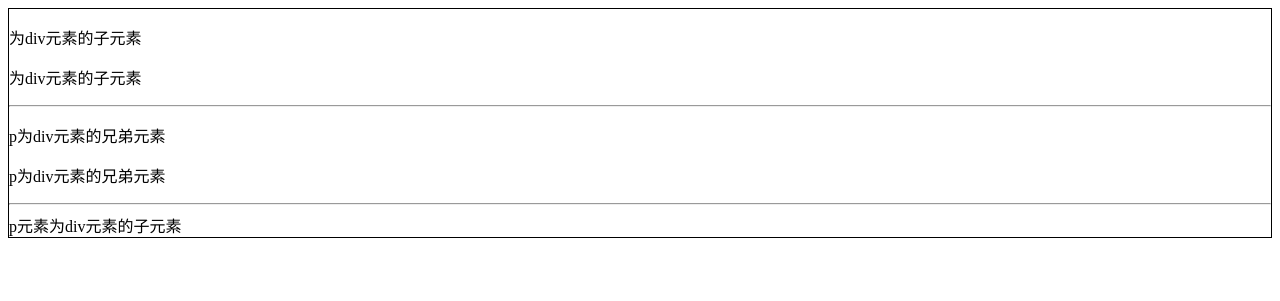
Repository: zdsherlock/HtmlCssLearn
Page: CSS/test-attSelect/index6.html
These files come from the project's save history. The page is drawn as it stood at one moment and after the next save; the edit follows.
The browser window is 1280 px wide. The pictures show the whole page.

Above is the page before, as saved 2021-05-07 20:51:24.

### CSS/test-attSelect/index6.html
<!DOCTYPE html>
<html lang="en">
<head>
    <meta charset="UTF-8">
    <meta http-equiv="X-UA-Compatible" content="IE=edge">
    <meta name="viewport" content="width=device-width, initial-scale=1.0">
    <title>通用兄弟元素选择器 E-F</title>
    <style>
        .container {
            border: 1px solid black;
        }

    </style>
</head>
<body>
    <div class="container">
        <div>
            <p>为div元素的子元素</p>
            <p>为div元素的子元素</p>
        </div>
        <hr />
        <p>p为div元素的兄弟元素</p>
        <p>p为div元素的兄弟元素</p>
        <hr />
        <div>p元素为div元素的子元素</div>
    </div>
</body>
</html>

After the next save:
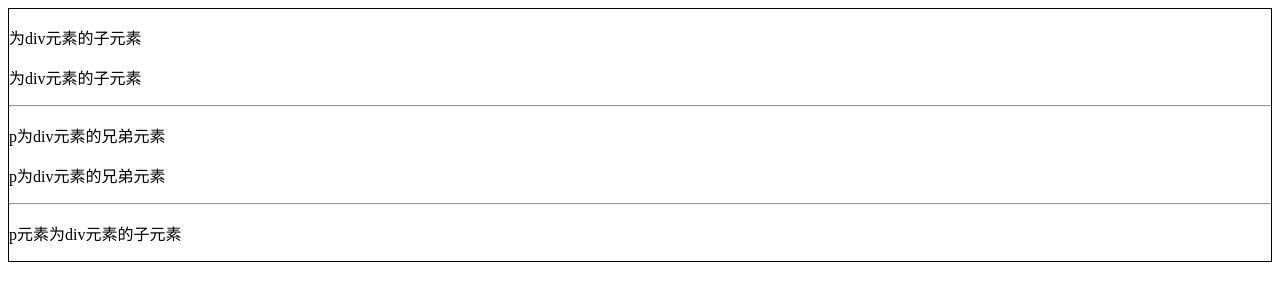
Saved 14 s later.
--- a/CSS/test-attSelect/index6.html
+++ b/CSS/test-attSelect/index6.html
@@ -22,7 +22,7 @@
         <p>p为div元素的兄弟元素</p>
         <p>p为div元素的兄弟元素</p>
         <hr />
-        <div>p元素为div元素的子元素</div>
+        <p>p元素为div元素的子元素</p>
     </div>
 </body>
 </html>
